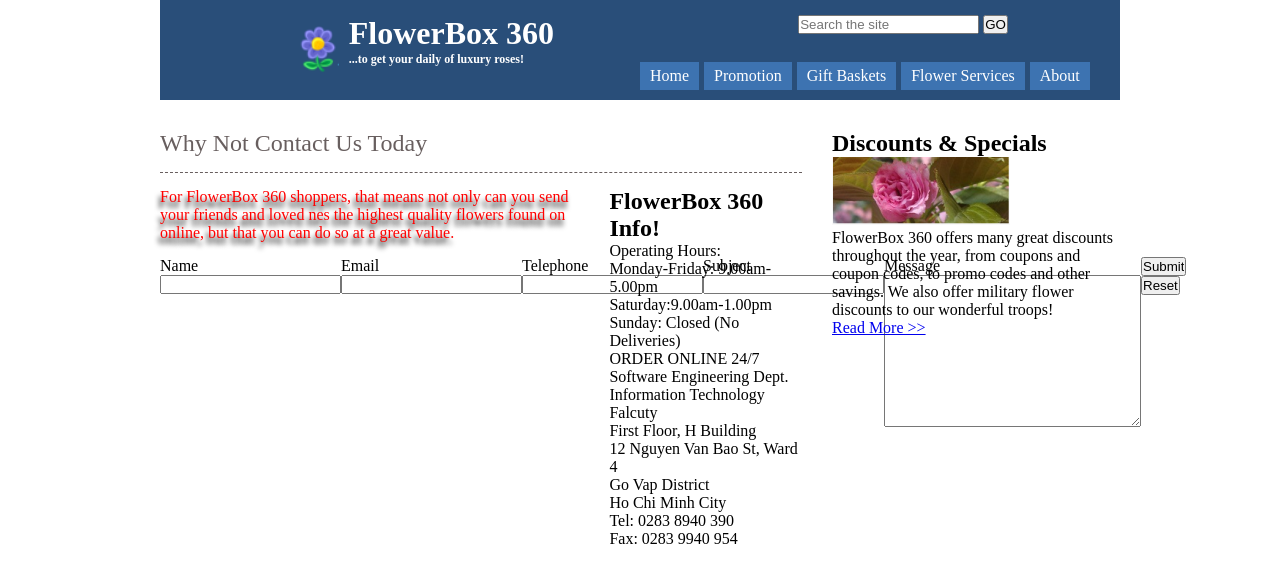
Repository: hoangnguyen1903/STT_21084321_NguyenHuyHoang_DHKHMT17B_Tuan4_DeThamKhao3
Page: html/demo.html
These files come from the project's save history. The page is drawn as it stood at one moment and after the next save; the edit follows.
The browser window is 1280 px wide. The pictures show the whole page.

Above is the page before, as saved 2023-03-09 14:56:18.

### html/demo.html
<!DOCTYPE html>
<html lang="en">
  <head>
    <meta charset="UTF-8" />
    <meta http-equiv="X-UA-Compatible" content="IE=edge" />
    <meta name="viewport" content="width=device-width, initial-scale=1.0" />
    <title>Demo 3</title>
    <style>
      * {
        padding: 0;
        box-sizing: border-box;
        margin: 0 auto;
      }

      .wrapper {
        width: 960px;
        height: 100%;
      }

      .header {
        width: 960px;
        height: 100px;
        background-color: #294e79;
        color: #fff;
        display: flex;
        position: relative;
      }

      .header > .header__left {
        display: flex;
        padding: 15px 20px;
      }

      .header > .header__left > img {
        padding-right: 10px;
      }

      .header > .header__left > div > h2 {
        font-size: 12px;
      }

      .header > .header__right {
        padding-top: 15px;
      }

      .header > .header__bottom {
        position: absolute;
        bottom: 10px;
        left: 50%;
        display: flex;
      }

      .header > .header__bottom > li {
        list-style: none;
        margin-right: 5px;
        background-color: #3d73b1;
        padding: 5px 10px;
      }

      .header > .header__bottom > li:hover {
        background-color: #fff;
      }

      .header > .header__bottom > li:hover > a {
        color: #000;
      }

      .header > .header__bottom > li > a {
        text-decoration: none;
        color: white;
      }

      .content {
        width: 960px;
        display: flex;
        margin-top: 30px;
      }

      .content > .content__left {
        width: calc(70% - 30px);
        margin-right: 30px;
      }

      .content > .content__left > .content__left-top {
        color: #685f5f;
        font-weight: 500;
        padding-bottom: 15px;
        border-bottom: 1px dashed #685f5f;
        margin-bottom: 15px;
      }

      .content > .content__left > .content__left-bottom {
        display: flex;
      }

      .content > .content__left > .content__left-bottom > .content__left-form {
        width: calc(70% - 30px);
        margin-right: 30px;
      }

      .content
        > .content__left
        > .content__left-bottom
        > .content__left-form
        > p {
        color: red;
        text-shadow: -2px 6px 5px #000;
        margin-bottom: 15px;
      }

      .content
        > .content__left
        > .content__left-bottom
        > .content__left-form
        > form {
        display: flex;
      }

      .content > .content__right {
        width: 30%;
      }
    </style>
  </head>
  <body>
    <div class="wrapper">
      <div class="header">
        <div class="header__left">
          <img src="../img/AnhLogo.PNG" alt="Logo" class="logo" />
          <div>
            <h1>FlowerBox 360</h1>
            <h2>...to get your daily of luxury roses!</h2>
          </div>
        </div>
        <ul class="header__bottom">
          <li><a href="#">Home</a></li>
          <li><a href="#">Promotion</a></li>
          <li><a href="#">Gift Baskets</a></li>
          <li><a href="#">Flower Services</a></li>
          <li><a href="#">About</a></li>
        </ul>
        <div class="header__right">
          <input
            type="text"
            name="txt"
            id="txt"
            placeholder="Search the site"
          />
          <input type="button" value="GO" />
        </div>
      </div>
      <div class="content">
        <div class="content__left">
          <h2 class="content__left-top">Why Not Contact Us Today</h2>
          <div class="content__left-bottom">
            <div class="content__left-form">
              <p>
                For FlowerBox 360 shoppers, that means not only can you send
                your friends and loved nes the highest quality flowers found on
                online, but that you can do so at a great value.
              </p>
              <form action="">
                <div>
                  <label for="name">Name</label>
                  <input type="text" name="name" id="name" />
                </div>
                <div>
                  <label for="email">Email</label>
                  <input type="email" name="email" id="email" />
                </div>
                <div>
                  <label for="telephone">Telephone</label>
                  <input type="number" name="telephone" id="telephone" />
                </div>
                <div>
                  <label for="subject">Subject</label>
                  <input type="text" name="subject" id="subject" />
                </div>
                <div>
                  <label for="message">Message</label>
                  <textarea
                    name="message"
                    id="message"
                    cols="30"
                    rows="10"
                  ></textarea>
                </div>
                <div>
                  <input type="submit" value="Submit" />
                  <input type="reset" value="Reset" />
                </div>
              </form>
            </div>
            <div class="content__left-info">
              <h2 class="content__left-heading">FlowerBox 360 Info!</h2>
              <div>
                <p>Operating Hours:</p>
                <p>Monday-Friday: 9.00am-5.00pm</p>
                <p>Saturday:9.00am-1.00pm</p>
                <p>Sunday: Closed (No Deliveries)</p>
                <p>ORDER ONLINE 24/7</p>
              </div>
              <div>
                <p>Software Engineering Dept.</p>
                <p>Information Technology Falcuty</p>
                <p>First Floor, H Building</p>
              </div>
              <div>
                <p>12 Nguyen Van Bao St, Ward 4</p>
                <p>Go Vap District</p>
                <p>Ho Chi Minh City</p>
                <p>Tel: 0283 8940 390</p>
                <p>Fax: 0283 9940 954</p>
              </div>
            </div>
          </div>
        </div>
        <div class="content__right">
          <h2 class="content__right-top">Discounts & Specials</h2>
          <div class="content__right-bottom">
            <img src="../img/flower.PNG" alt="Flower" />
            <p>
              FlowerBox 360 offers many great discounts throughout the year,
              from coupons and coupon codes, to promo codes and other savings.
              We also offer military flower discounts to our wonderful troops!
            </p>
            <a href="#">Read More >></a>
          </div>
        </div>
      </div>
      <div class="footer"></div>
    </div>
  </body>
</html>

After the next save:
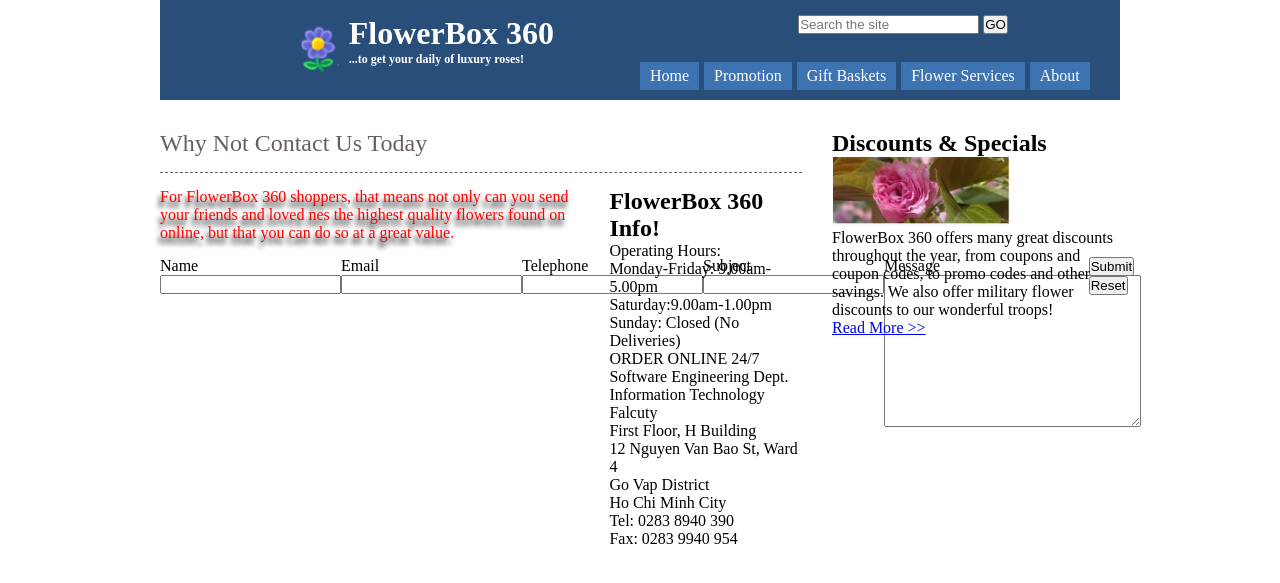
Saved 53 s later.
--- a/html/demo.html
+++ b/html/demo.html
@@ -114,6 +114,15 @@
         > .content__left-form
         > form {
         display: flex;
+      }
+
+      .content
+        > .content__left
+        > .content__left-bottom
+        > .content__left-form
+        > form
+        > div {
+        width: calc(50% - 5px);
       }
 
       .content > .content__right {
